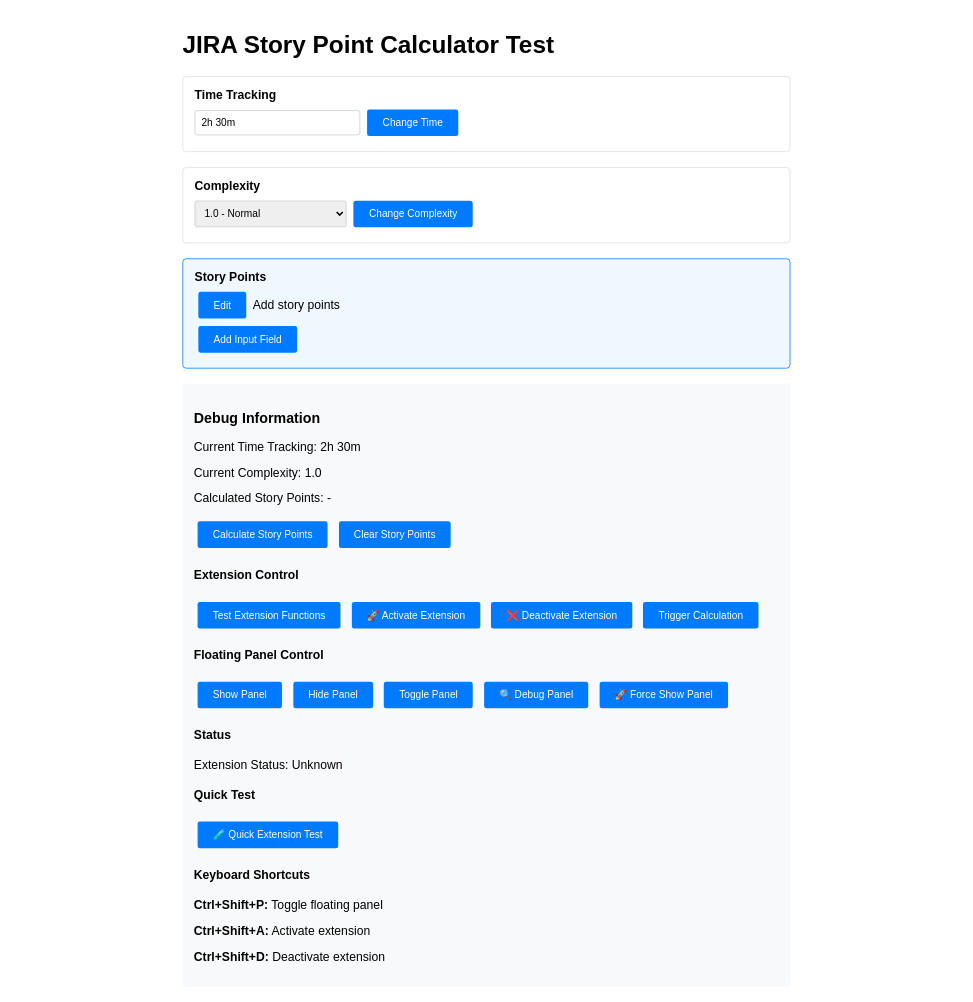
Repository: nirazanbasnet/jira-story-point-calculator
Page: test.html
These files come from the project's save history. The page is drawn as it stood at one moment and after the next save; the edit follows.
The browser window is 1280 px wide. The pictures show the whole page, at 76% of full size.

Above is the page before, as saved 2025-09-01 19:44:12.

After the next save:
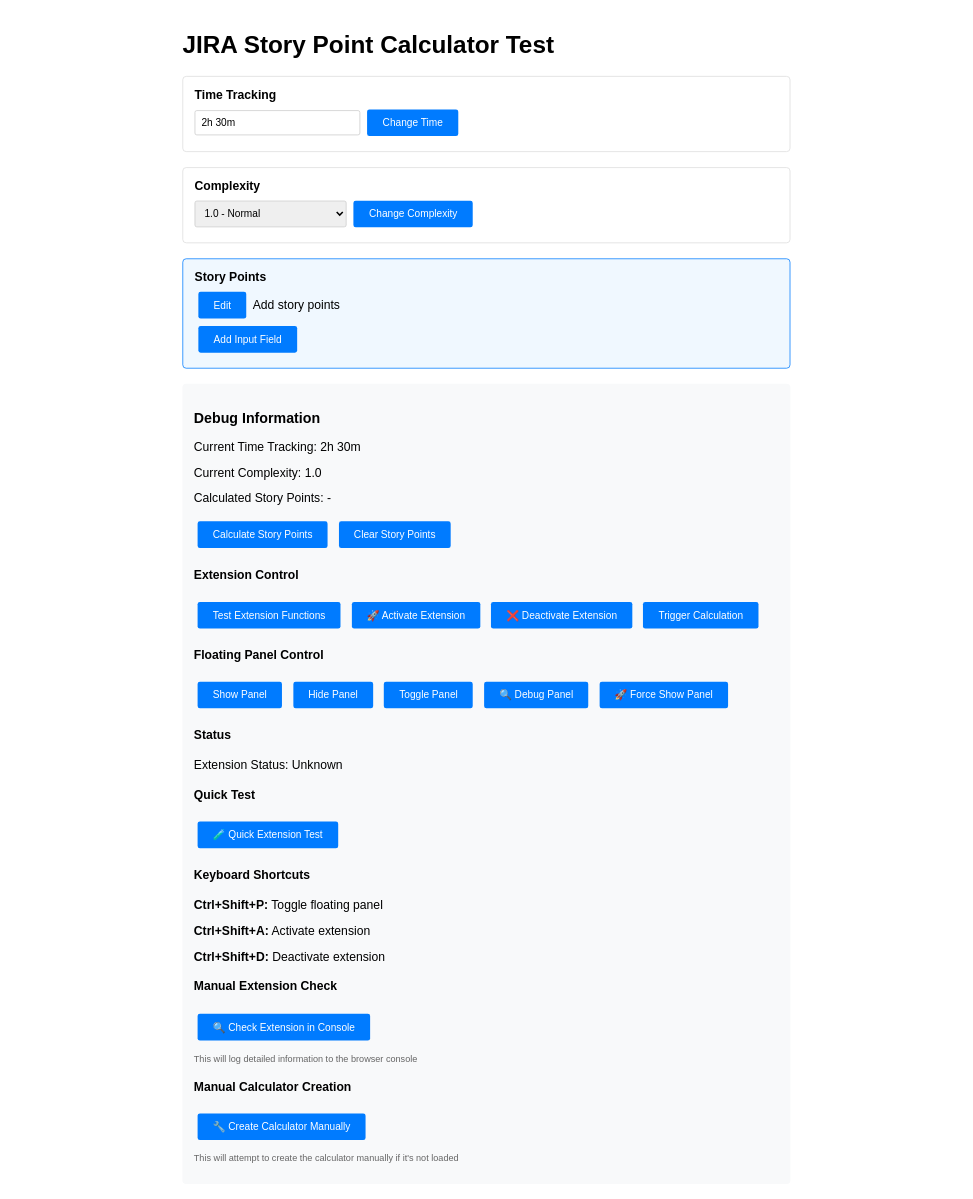
Saved 4 s later.
--- a/test.html
+++ b/test.html
@@ -133,6 +133,14 @@
         <p><strong>Ctrl+Shift+P:</strong> Toggle floating panel</p>
         <p><strong>Ctrl+Shift+A:</strong> Activate extension</p>
         <p><strong>Ctrl+Shift+D:</strong> Deactivate extension</p>
+
+        <h4>Manual Extension Check</h4>
+        <button onclick="checkExtensionInConsole()">🔍 Check Extension in Console</button>
+        <p style="font-size: 12px; color: #666;">This will log detailed information to the browser console</p>
+
+        <h4>Manual Calculator Creation</h4>
+        <button onclick="createCalculatorManually()">🔧 Create Calculator Manually</button>
+        <p style="font-size: 12px; color: #666;">This will attempt to create the calculator manually if it's not loaded</p>
     </div>
 
     <script>
@@ -363,6 +371,35 @@
             results += '</ul>';
             contentDiv.innerHTML = results;
         }
+
+        function checkExtensionInConsole() {
+            console.log('Checking extension in console...');
+            if (window.jiraStoryPointCalculator) {
+                console.log('✅ Extension loaded in window object.');
+                console.log('Extension object:', window.jiraStoryPointCalculator);
+                console.log('Floating Panel:', window.jiraStoryPointCalculator.floatingPanel);
+                console.log('Trigger Calculation:', window.triggerStoryPointCalculation);
+                console.log('Toggle Panel:', window.toggleStoryPointPanel);
+                console.log('Show Panel:', window.showStoryPointPanel);
+                console.log('Hide Panel:', window.hideStoryPointPanel);
+                console.log('Debug Panel:', window.debugStoryPointPanel);
+                console.log('Force Show Panel:', window.forceShowStoryPointPanel);
+            } else {
+                console.log('❌ Extension not loaded in window object.');
+                console.log('Please ensure the extension is loaded in the browser console.');
+            }
+        }
+
+        function createCalculatorManually() {
+            console.log('Attempting to create calculator manually...');
+            if (!window.jiraStoryPointCalculator) {
+                console.log('Creating new instance of JiraStoryPointCalculator...');
+                window.jiraStoryPointCalculator = new JiraStoryPointCalculator();
+                console.log('New instance created:', window.jiraStoryPointCalculator);
+            } else {
+                console.log('JiraStoryPointCalculator already exists:', window.jiraStoryPointCalculator);
+            }
+        }
     </script>
 </body>
 

After the save that followed:
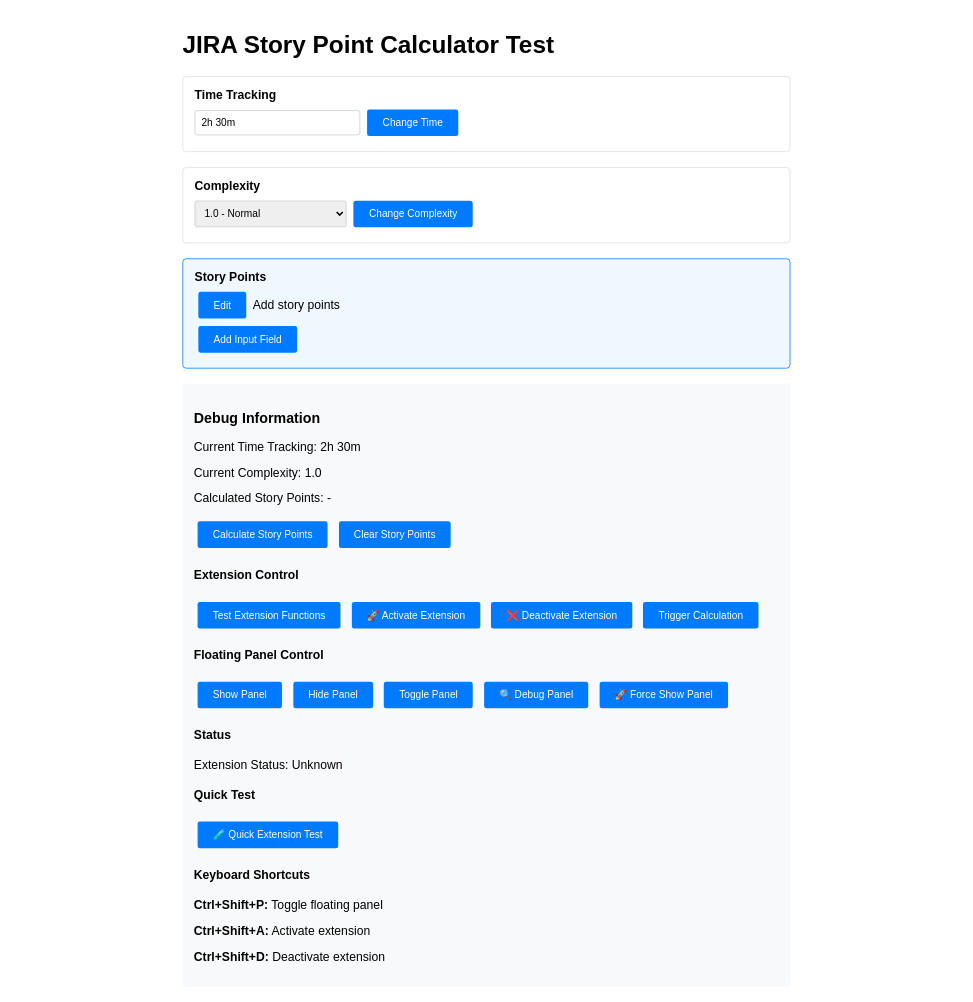
Saved 17 s later.
--- a/test.html
+++ b/test.html
@@ -133,14 +133,6 @@
         <p><strong>Ctrl+Shift+P:</strong> Toggle floating panel</p>
         <p><strong>Ctrl+Shift+A:</strong> Activate extension</p>
         <p><strong>Ctrl+Shift+D:</strong> Deactivate extension</p>
-
-        <h4>Manual Extension Check</h4>
-        <button onclick="checkExtensionInConsole()">🔍 Check Extension in Console</button>
-        <p style="font-size: 12px; color: #666;">This will log detailed information to the browser console</p>
-
-        <h4>Manual Calculator Creation</h4>
-        <button onclick="createCalculatorManually()">🔧 Create Calculator Manually</button>
-        <p style="font-size: 12px; color: #666;">This will attempt to create the calculator manually if it's not loaded</p>
     </div>
 
     <script>
@@ -371,35 +363,6 @@
             results += '</ul>';
             contentDiv.innerHTML = results;
         }
-
-        function checkExtensionInConsole() {
-            console.log('Checking extension in console...');
-            if (window.jiraStoryPointCalculator) {
-                console.log('✅ Extension loaded in window object.');
-                console.log('Extension object:', window.jiraStoryPointCalculator);
-                console.log('Floating Panel:', window.jiraStoryPointCalculator.floatingPanel);
-                console.log('Trigger Calculation:', window.triggerStoryPointCalculation);
-                console.log('Toggle Panel:', window.toggleStoryPointPanel);
-                console.log('Show Panel:', window.showStoryPointPanel);
-                console.log('Hide Panel:', window.hideStoryPointPanel);
-                console.log('Debug Panel:', window.debugStoryPointPanel);
-                console.log('Force Show Panel:', window.forceShowStoryPointPanel);
-            } else {
-                console.log('❌ Extension not loaded in window object.');
-                console.log('Please ensure the extension is loaded in the browser console.');
-            }
-        }
-
-        function createCalculatorManually() {
-            console.log('Attempting to create calculator manually...');
-            if (!window.jiraStoryPointCalculator) {
-                console.log('Creating new instance of JiraStoryPointCalculator...');
-                window.jiraStoryPointCalculator = new JiraStoryPointCalculator();
-                console.log('New instance created:', window.jiraStoryPointCalculator);
-            } else {
-                console.log('JiraStoryPointCalculator already exists:', window.jiraStoryPointCalculator);
-            }
-        }
     </script>
 </body>
 
